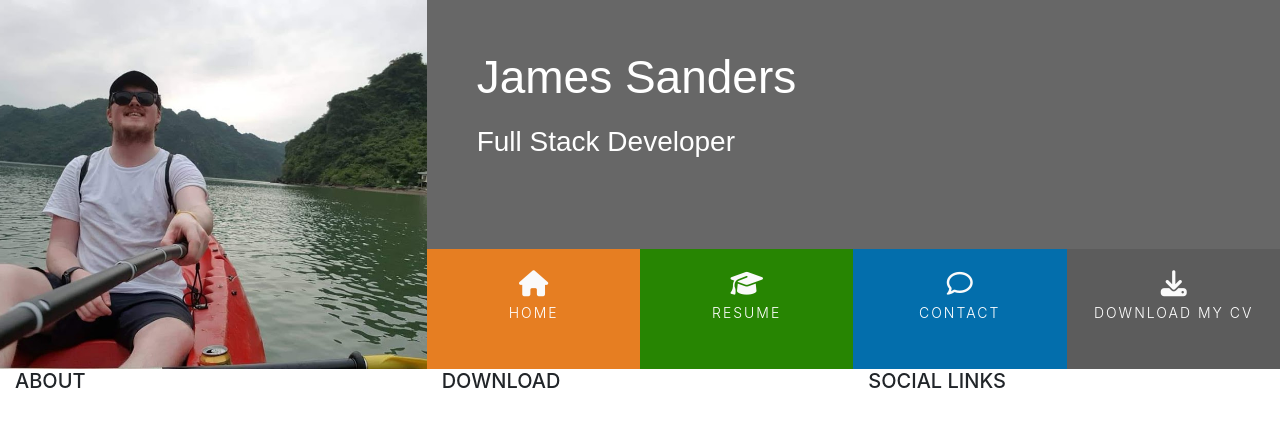
Repository: JaySanders95/my-online-resume
Page: index.html
An editor plug-in stored every save of this project. The page is shown before and after the next save, followed by the edit.
The browser window is 1280 px wide. The pictures show the whole page.
Some web fonts or font styles are not loaded; a fallback is used. Some web libraries are served in a nearby version.

Above is the page before, as saved 2023-04-19 17:36:52.

After the next save:
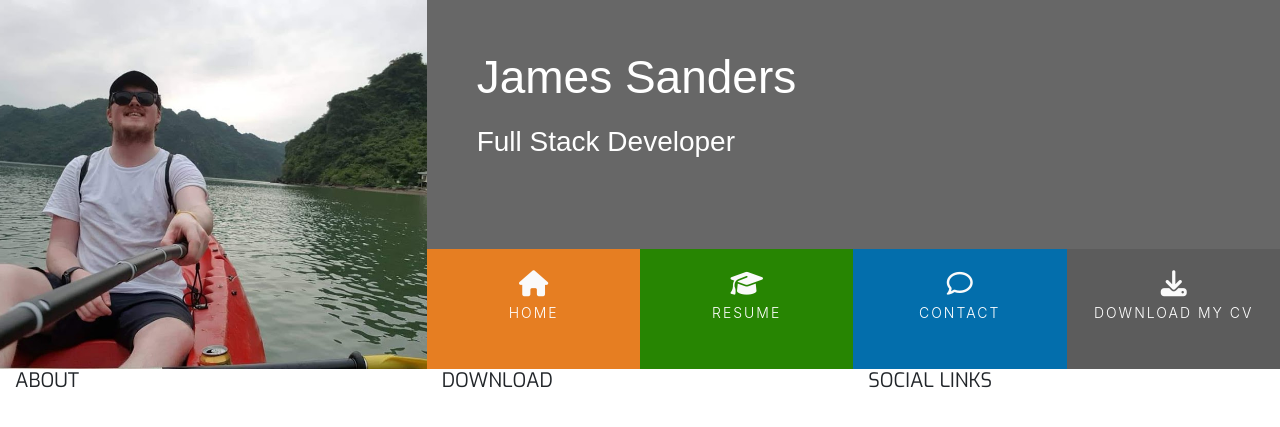
Saved 20 s later.
--- a/assets/css/style.css
+++ b/assets/css/style.css
@@ -35,7 +35,7 @@ h1,h2,h3,h4 {
 }
 
 .general-sub {
-
+    font-family: 'Exo', sans-serif;
 }
 
 
